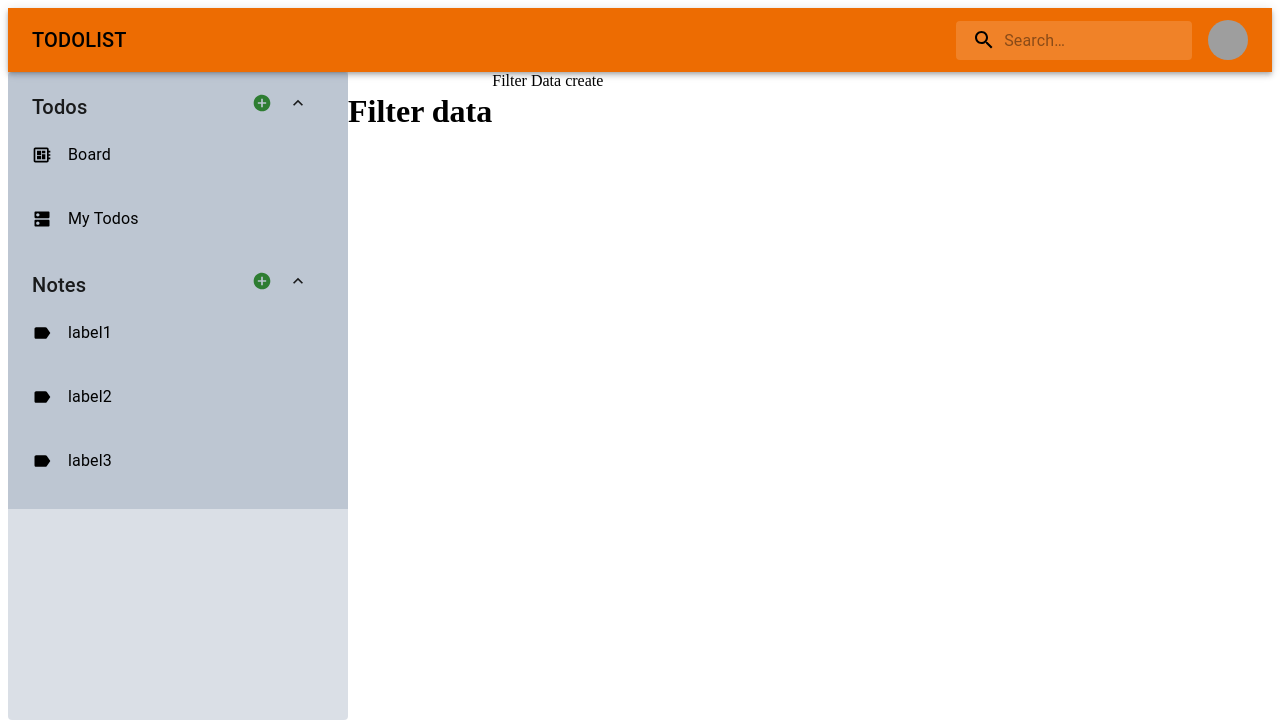
Repository: HrishrathTBS/Trackerbea
Page: / (app in client/)
An editor plug-in stored every save of this project. The page is shown before and after the next save, followed by the edit.
The browser window is 1280 px wide. The pictures show the whole page.
Pictures or frames that could not be fetched are drawn as grey boxes. The project was rebuilt for these pictures with package versions that can differ from the ones it lists, and the page was loaded fresh each time. Also part of the build but not shown: client/src/components/TodoList.js, client/src/components/Board.js, client/src/components/ListOfBar.js, client/src/components/MyTodos.js, client/src/pages/Label/Label1.js, client/src/pages/Label/Label2.js, client/src/pages/Label/Label3.js.

Above is the page before, as saved 2022-03-10 11:01:05.

After the next save:
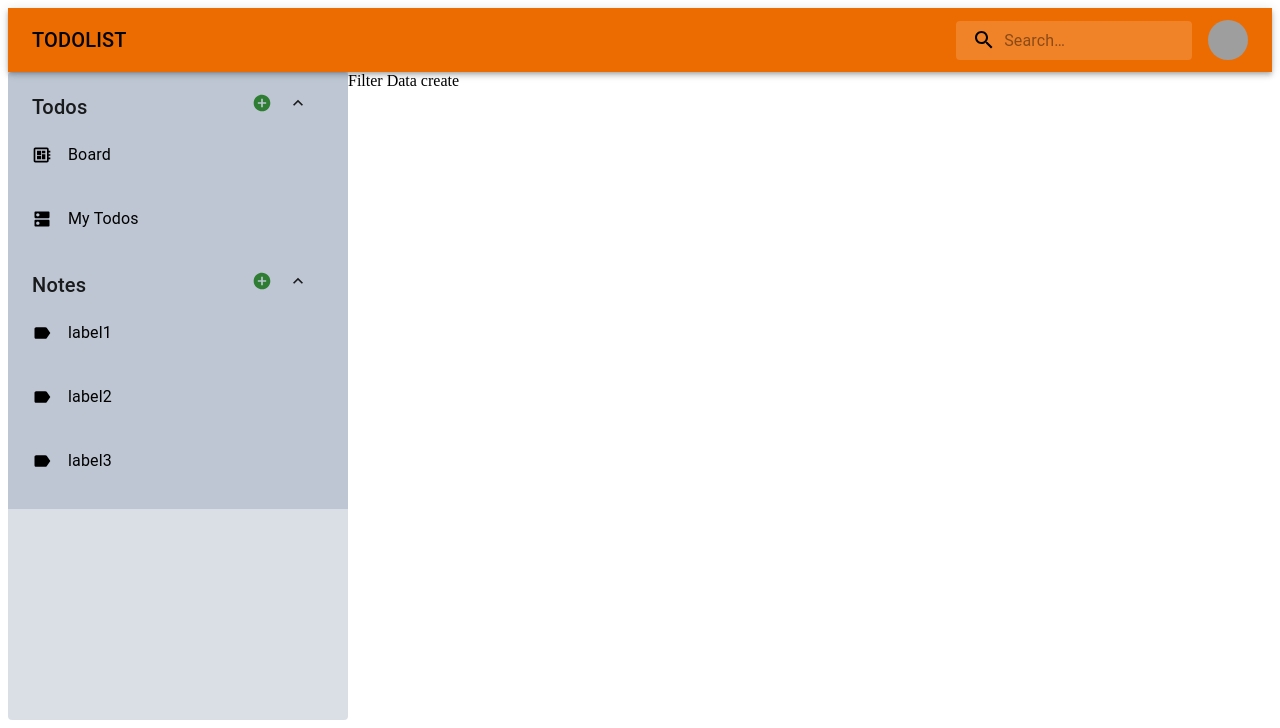
Saved 46 s later.
--- a/client/src/components/Layout.js
+++ b/client/src/components/Layout.js
@@ -10,7 +10,6 @@ const Layout = () => {
       <Header />
       <div style={{ display: 'flex' }}>
         <SideBar />
-        <h1>Filter data</h1>
         <Filter />
         {<Outlet />}
       </div>
